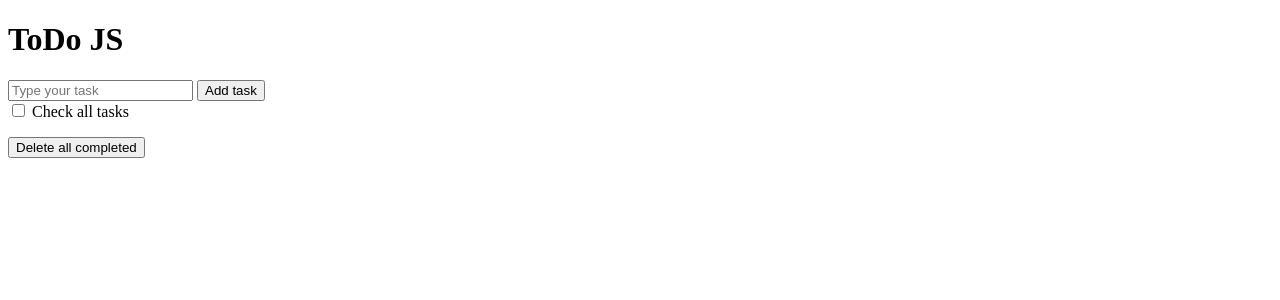
Repository: mklyagin/klyagin_todojs
Page: index.html
These files come from the project's save history. The page is drawn as it stood at one moment and after the next save; the edit follows.
The browser window is 1280 px wide. The pictures show the whole page.

Above is the page before, as saved 2024-02-26 09:25:49.

### index.html
<!DOCTYPE html>
<html lang="en">
  <head>
    <meta charset="UTF-8">
    <meta name="viewport" content="width=device-width, initial-scale=1.0">
    <title>ToDo JS</title>
    <link rel="stylesheet" href="./style.css">
  </head>
  <body>
    <h1>ToDo JS</h1>
    <input id="enter-task-input" placeholder="Type your task">
    <button type="button" id="add-task-button">Add task</button>
    <div>
      <input type="checkbox" id="check-all-checkbox">
      <span>Check all tasks</span>
    </div>
    <ul id="task-list"></ul>
    <button type="button" id="delete-all-completed-button">
      Delete all completed
    </button>
    <script src="./script.js"></script>
  </body>
</html>

### style.css

.hidden-element {
  display: none;
}

### script.js
const buttonTaskAdd = document.querySelector('#add-task-button');
const inputTask = document.querySelector('#enter-task-input');
const ulTask = document.querySelector('#task-list');
const checkAllCheckbox = document.querySelector('#check-all-checkbox');
const deleteAllCompletedButton = document.querySelector('#delete-all-completed-button');

const ENTER_KEY = 'Enter';
const ESCAPE_KEY = 'Escape';

let taskList = [];

const checkAllTaskStates = () => {
  checkAllCheckbox.checked = taskList.length > 0
    ? (taskList.every((task) => task.isDone))
    : false;
};

const taskRender = () => {
  let listOfTasks = '';
  taskList.forEach((task) => {
    listOfTasks
    += `<li id=${task.id}>
    <input type="checkbox" class="check-task">
    <span class="task-title">${task.title}</span>
    <input class="edit-task" id=${task.id} value=${task.title} hidden>
    <button type="button" class="delete-task">X</button>
    </li>`;
  });
  ulTask.innerHTML = listOfTasks;
  checkAllTaskStates();
};

const addTask = () => {
  const task = {
    id: Date.now(),
    title: inputTask.value,
    isDone: false,
  };

  taskList.push(task);
  inputTask.value = '';
  taskRender();
};

const editVisibilityToggle = (target) => {
  target.hidden = !target.hidden;
  if (target.className === 'task-title') {
    target.nextElementSibling.hidden = !target.nextElementSibling.hidden;
  } else {
    target.previousElementSibling.hidden = !target.previousElementSibling.hidden;
  }
};

const editMode = (event) => {
  if (event.key === ESCAPE_KEY) {
    taskRender();
  } else if (event.key === ENTER_KEY || (event.type === 'blur' && event.sourceCapabilities !== null)) {
    editVisibilityToggle(event.target.previousElementSibling);
    taskList.forEach((task) => {
      if (task.id === Number(event.target.id)) {
        task.title = event.target.value;
      }
    });
    taskRender();
  }
};

const eventUlHandlerListener = (event) => {
  const eventTaskID = Number(event.target.parentNode.id);
  switch (event.target.className) {
    case 'check-task':
      taskList.forEach((task) => {
        if (task.id === eventTaskID) {
          task.isDone = event.target.checked;
        }
        checkAllTaskStates();
      });
      break;
    case ('delete-task'):
      taskList = taskList.filter((task) => task.id !== eventTaskID);
      taskRender();
      break;
    default:
      break;
  }
};

const editTaskListener = (event) => {
  if (event.target.className === 'task-title') {
    editVisibilityToggle(event.target);
    event.target.nextElementSibling.addEventListener('blur', editMode);
    event.target.nextElementSibling.addEventListener('keydown', editMode);
  }
};

const inputTaskListener = (event) => {
  if (event.key === ENTER_KEY) {
    addTask();
    inputTask.blur();
  }
};

const deleteCompleted = () => {
  taskList = taskList.filter((task) => !task.isDone);
  taskRender();
};

const checkAll = () => {
  taskList.forEach((task) => {
    task.isDone = checkAllCheckbox.checked;
    Array.from(ulTask.children).forEach((li) => {
      li.children[0].checked = checkAllCheckbox.checked;
    });
  });
};

ulTask.addEventListener('click', eventUlHandlerListener);
ulTask.addEventListener('dblclick', editTaskListener);
buttonTaskAdd.addEventListener('click', addTask);
inputTask.addEventListener('keydown', inputTaskListener);
deleteAllCompletedButton.addEventListener('click', deleteCompleted);
checkAllCheckbox.addEventListener('click', checkAll);

After the next save:
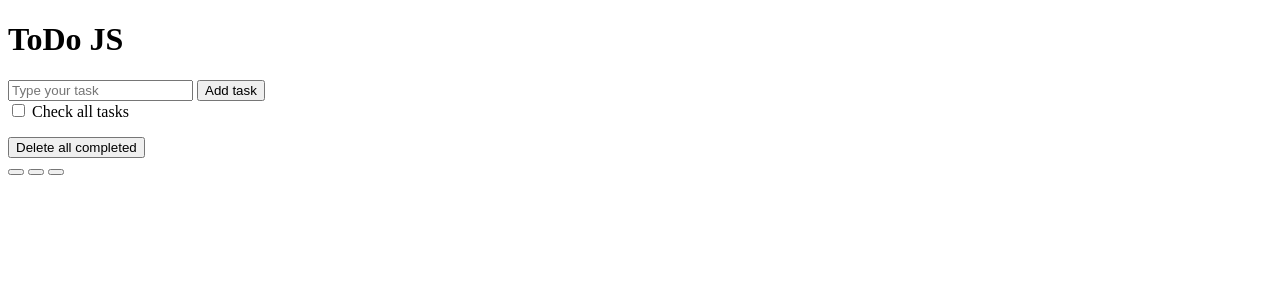
Saved 4 min 40 s later.
--- a/index.html
+++ b/index.html
@@ -18,6 +18,17 @@
     <button type="button" id="delete-all-completed-button">
       Delete all completed
     </button>
+    <div id="tabulation">
+      <button id="show-all">
+
+      </button>
+      <button id="show-active">
+
+      </button>
+      <button id="show-completed">
+
+      </button>
+    </div>
     <script src="./script.js"></script>
   </body>
 </html>
